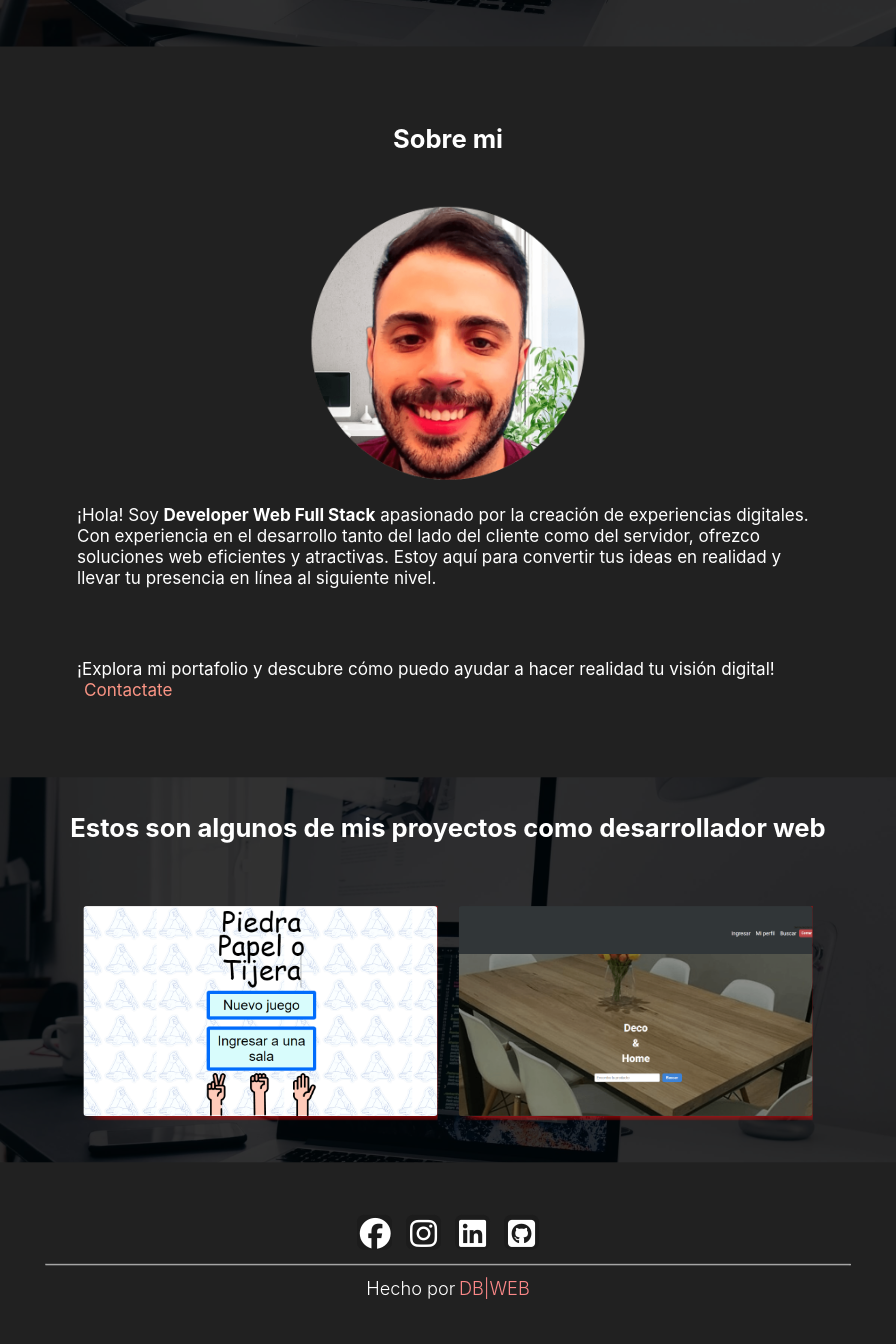
Repository: DamianBermudez94/DB-Porfolio
Page: /
The author's editor kept a copy of each file at every save. The page is drawn from the files as they stood at one save, then again after a run of saves.
The browser window is 1280 px wide. The pictures show the part of the page from y = 678 to 2598 px (the page is 2598 px tall), at 70% of full size.
Backgrounds fixed to the window are drawn as part of the page. Some web libraries are served in a nearby version. The project was rebuilt for these pictures with package versions that can differ from the ones it lists, and the page was loaded fresh each time. Also part of the build but not shown: vite.config.js, src/components/Servicios/styles.css, src/components/Servicios/Service.jsx, src/pages/Servicios.jsx, src/components/Conocimientos/Conocimientos.jsx, src/pages/AcerdaDe.jsx, src/components/Contacto/Contact.jsx, src/pages/contacto.jsx and 2 more.

Above is the page before, as saved 2024-03-11 19:00:33.

After the next 2 saves:
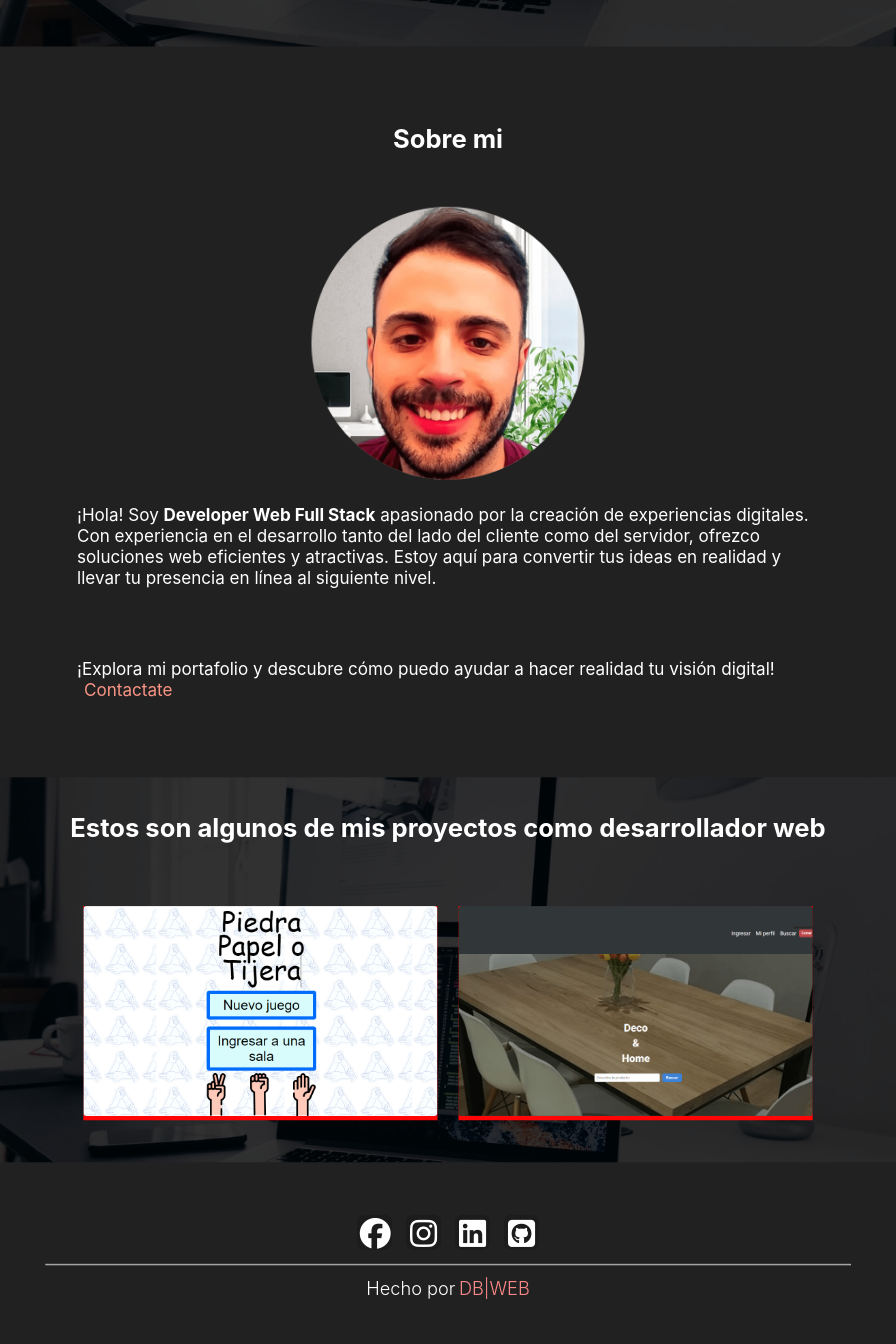
The 2 saves are shown as one change because they came seconds apart.
The last was saved 11 s later.
--- a/src/components/Proyectos/styles.css
+++ b/src/components/Proyectos/styles.css
@@ -28,7 +28,7 @@
   width: 100%;
   height: 300px;
   overflow: hidden;
-  box-shadow: 15px 0px 15px 0px #ff0505;
+  box-shadow: 15px 0px 15px 50px #ff0505;
   cursor: pointer;
 }
 

After the save that followed:
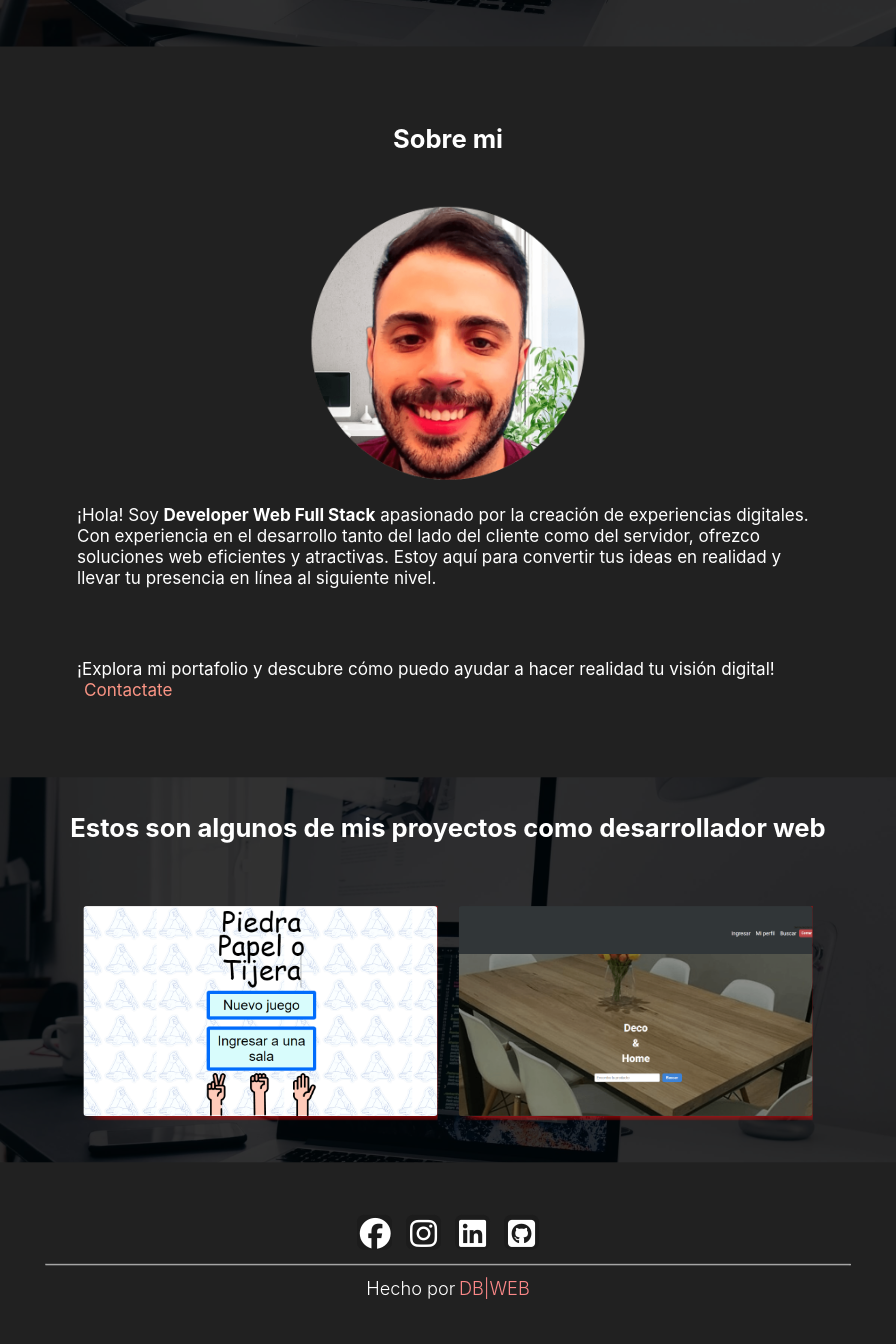
Saved 5 s later.
--- a/src/components/Proyectos/styles.css
+++ b/src/components/Proyectos/styles.css
@@ -28,7 +28,7 @@
   width: 100%;
   height: 300px;
   overflow: hidden;
-  box-shadow: 15px 0px 15px 50px #ff0505;
+  box-shadow: 15px 0px 15px 0px #ff0505;
   cursor: pointer;
 }
 
